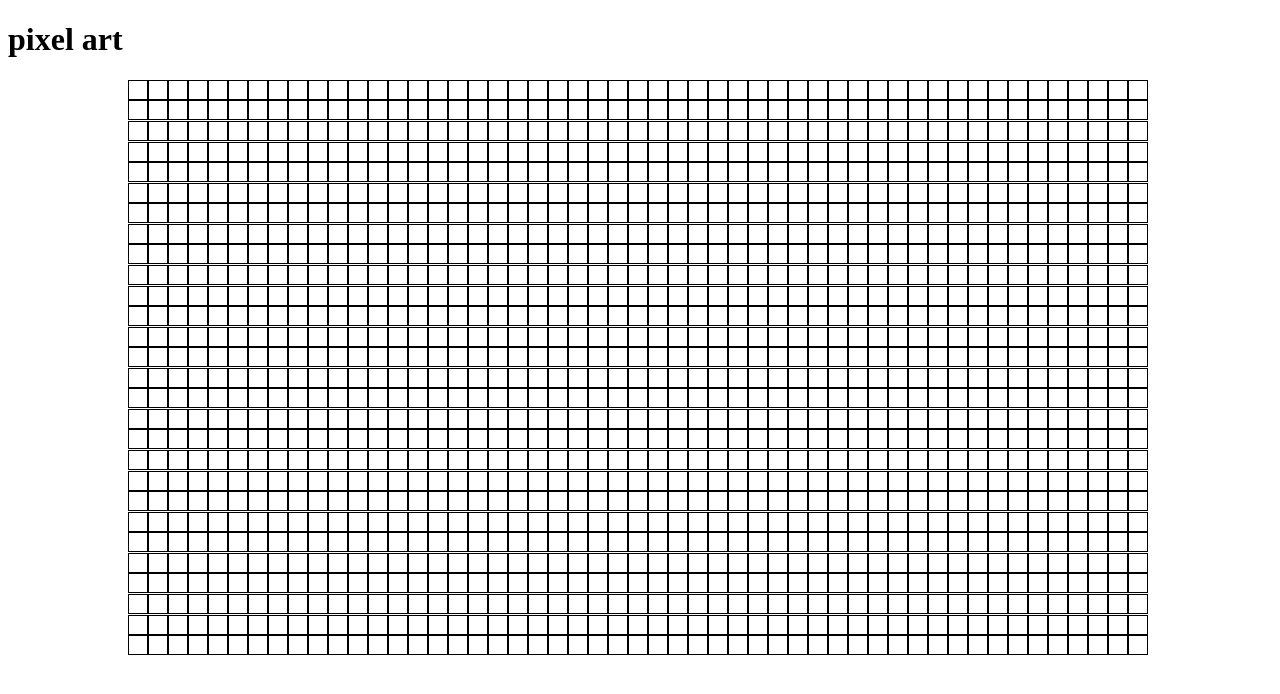
Repository: bechara611/pixelartdb
Page: /
These files come from the project's save history. The page is drawn as it stood at one moment and after the next save; the edit follows.
The browser window is 1280 px wide. The pictures show the whole page.
The project was rebuilt for these pictures with package versions that can differ from the ones it lists, and the page was loaded fresh each time. Also part of the build but not shown: vite.config.js.

Above is the page before, as saved 2023-03-05 20:41:11.

After the next save:
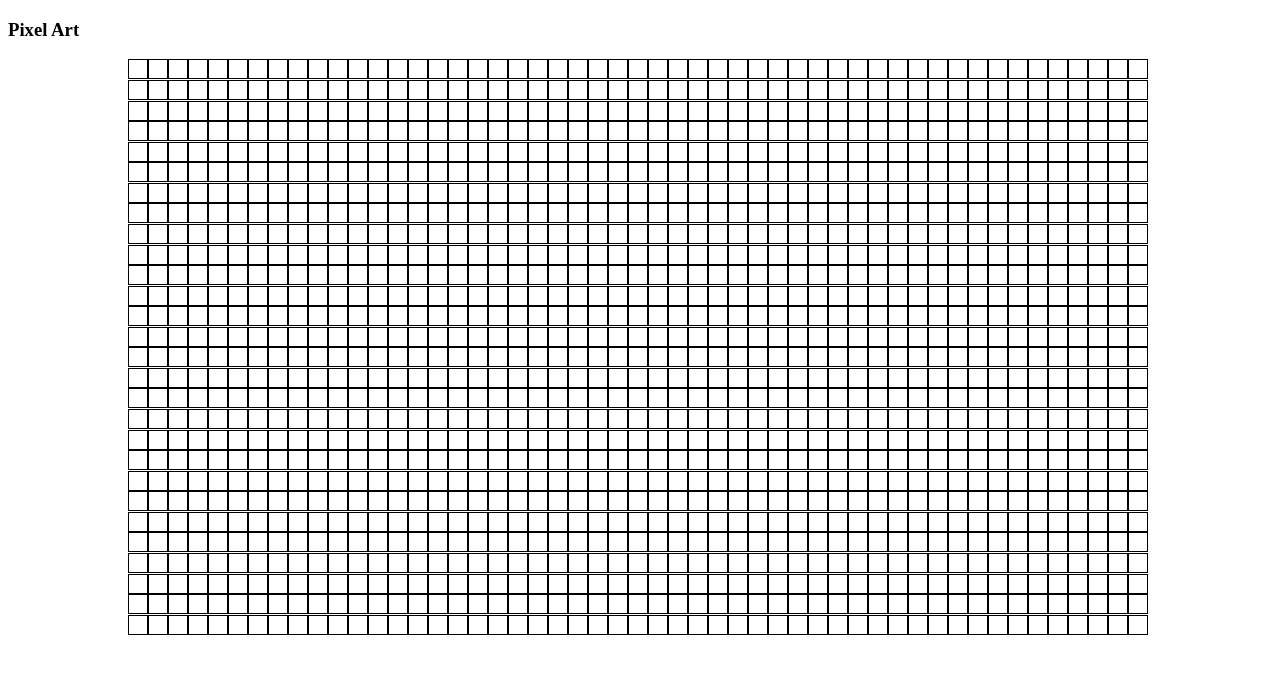
Saved 80 s later.
--- a/src/App.jsx
+++ b/src/App.jsx
@@ -27,7 +27,7 @@ const funcionArray=(index)=>{
 
   return (
     <>
-      <h1>pixel art</h1>
+      <h3>Pixel Art</h3>
     <div className="contenedor-mayor">
       <div className="contenedor" id='contenedor'>
       {
